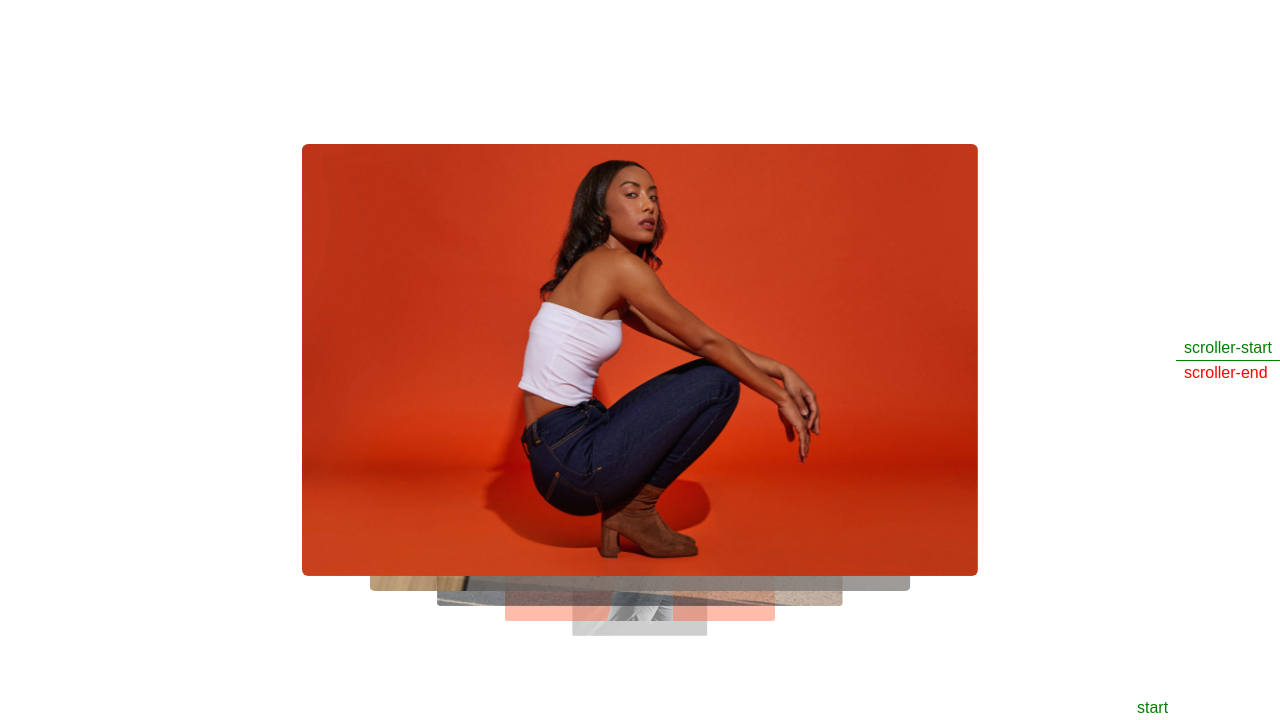
Repository: lwygold/motion
Page: layout/이미지 위로 계속 올라가는레이아웃.html
The author's editor kept a copy of each file at every save. The page is drawn from the files as they stood at one save, then again after the next save.
The browser window is 1280 px wide. The pictures show the window.
A layer covers the whole window, so only the first screen is drawn.

Above is the page before, as saved 2023-02-21 14:33:48.

After the next save:
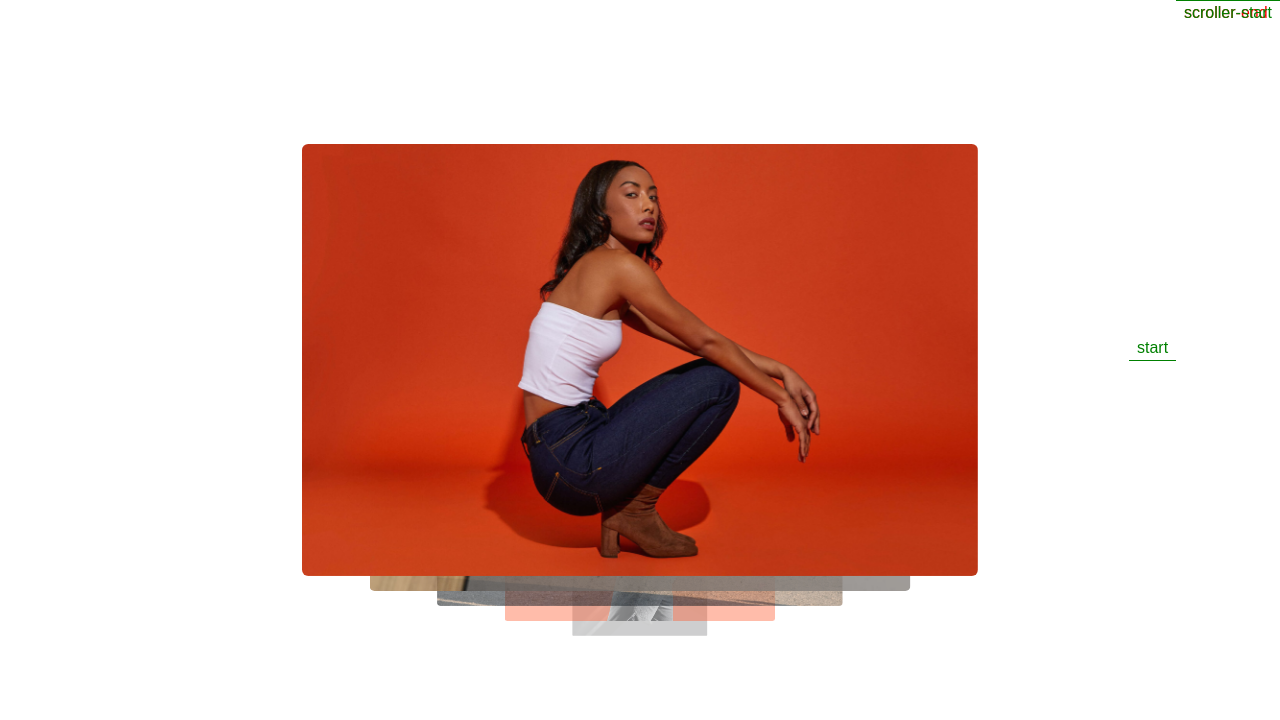
Saved 12 s later.
--- a/layout/이미지 위로 계속 올라가는레이아웃.html
+++ b/layout/이미지 위로 계속 올라가는레이아웃.html
@@ -174,7 +174,7 @@
             let tl1 = gsap.timeline({
                 scrollTrigger: {
                     trigger: $ul,
-                    start: "bottom center",
+                    start: "center top",
                     end: "+=500",
                     pin: true,
                     scrub: true,
